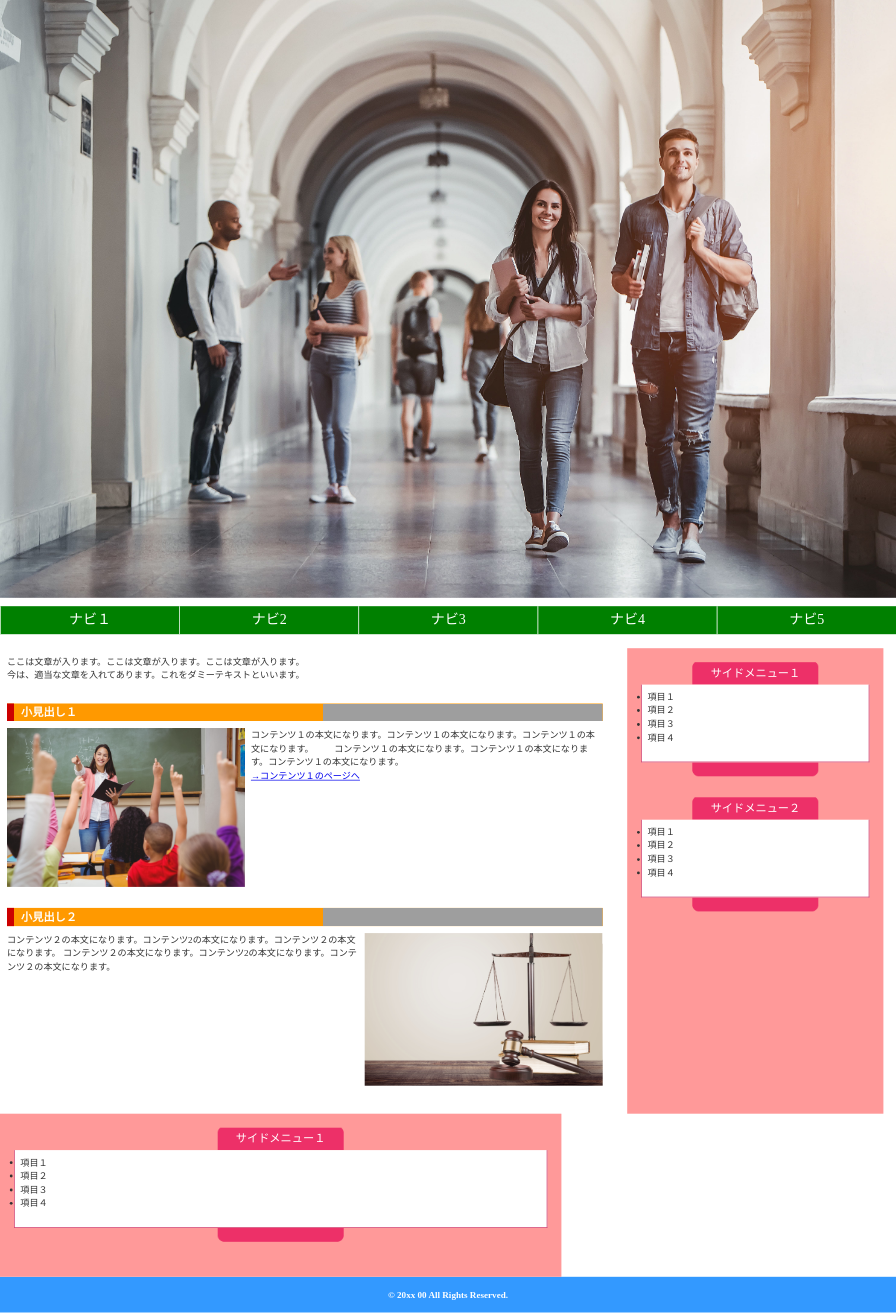
Repository: TakashiYamaguchi2021/samurai_HTML-CSS
Page: home.html
The author's editor kept a record of every edit. The page is drawn from the files as they stood at one moment, then again after the next edit.
The browser window is 1280 px wide. The pictures show the whole page, at 70% of full size.
Pictures or frames that could not be fetched are drawn as grey boxes.

Above is the page before.

### home.html
<!DOCTYPE html>
<html lang="ja">
    <head>
        <meta charset="UTF-8">
        <title>HTML/CSSの学習</title>
        <link rel="stylesheet" href="stylesheet.css">
    </head>
    <body>
        <div id="header">
          <h1><a href="index.html"><img id="corridor" src="images/corridor.jpg" alt="大学の廊下" /></a></h1>
        </div>
        <div id="wrapper">
            <div id="nav">
                <ul>
                    <li><a href="home.html">ナビ１</a></li>
                    <li><a href="#">ナビ2</a></li>
                    <li><a href="#">ナビ3</a></li>
                    <li><a href="#">ナビ4</a></li>
                    <li><a href="#">ナビ5</a></li>
                </ul>
            </div>
                <div id="container">
                    <div id="main">
                        <div class="post">
                            <p>ここは文章が入ります。ここは文章が入ります。ここは文章が入ります。<br />今は、適当な文章を入れてあります。これをダミーテキストといいます。</p>
                        </div>
                        <div class="post clearfix">
                            <h2>小見出し１</h2>
                            <img class="left" src="image/classroom.jpg" alt="授業風景" />
                            <p>
                                コンテンツ１の本文になります。コンテンツ１の本文になります。コンテンツ１の本文になります。
                            　　コンテンツ１の本文になります。コンテンツ１の本文になります。コンテンツ１の本文になります。
                            </p>
                            <p><a href="#">→コンテンツ１のページへ</a></p>
                        </div>
                        <div class="post clearfix">
                            <h2>小見出し２</h2>
                            <img class="right" src="images/scale.jpg" alt="天秤" />
                            <p>
                                コンテンツ２の本文になります。コンテンツ2の本文になります。コンテンツ２の本文になります。
                                コンテンツ２の本文になります。コンテンツ2の本文になります。コンテンツ２の本文になります。
                            </p>
                        </div>
                    </div>
                        <div id="side">
                            <div class="box">
                                <h2>サイドメニュー１</h2>
                                <div class="boxBody">
                                    <ul>
                                        <li>項目１</li>
                                        <li>項目２</li>
                                        <li>項目３</li>
                                        <li>項目４</li>
                                    </ul>
                                </div>
                            </div>
                            <div class="box">
                                <h2>サイドメニュー２</h2>
                                <div class="boxBody">
                                    <ul>
                                        <li>項目１</li>
                                        <li>項目２</li>
                                        <li>項目３</li>
                                        <li>項目４</li>
                                    </ul>
                                </div>
                            </div>
                        </div>
                </<div>
                    <div id="side">
                        <div class="box">
                            <h2>サイドメニュー１</h2>
                            <div class="boxBody">
                                <ul>
                                    <li>項目１</li>
                                    <li>項目２</li>
                                    <li>項目３</li>
                                    <li>項目４</li>
                                </ul>
                            </div>
                        </div>

                    </div>
        </div>
        <div id="footer">
            <p>&copy; 20xx 00 All Rights Reserved.</p>
        </div>
    </body>
</html>

### stylesheet.css
@charset "utf-8";

body{
    margin: 0;
    padding: 0;
    font-family: "ヒラギノ角ゴ Pro W3", "Hiragino kaku Gothic Pro", "メイリオ";
    color: #333;
    font-size: 13px;
    line-height: 150%;
}

/* ----------------- wraper ----------------------*/
#wrapper {
    width: 100%;
    margin: auto;
    padding: 0px;
    border: 0px;
    background-color: #FFF;
    top: 10px;
    position: relative;
}

/* ----------------- header ----------------------*/
#header {
    width: 100%;
}

#header h1 {
    margin: 0;
    padding: 0;
}

#corridor {
    width: 100%;
    height: auto;
}

/* ----------------- footer ----------------------*/
#footer {
    clear: both;
    width: 100%;
    padding: 3px 0 3px 0;
    background: #39F;
    color: #FFF;
    font-weight: bold;
    text-align: center;
}

/* ----------------- nav ----------------------*/
#nav {
    width: 100%;
}
#nav ul {
   display: flex;
    margin: 0;
    padding: 0;
    list-style-type: none;
}
#nav ul li {
    width: 20%;
    text-align: center;
}
#nav ul li a{
       display: block;
       height: 20px;
       margin: 0;
       padding: 10px;
       color: #FFF;
       font-size: 20px;
       text-decoration: none;
       background-color: green;
   border-left: 1px solid white;
}

#nav ul li a:hover {
    filter: drop-shadow(10px 10px 10px black);
}

/*---------------- container --------------------*/
#container {
    width: 100%;
    margin: auto;
    padding: auto;
    padding-top: 20px;
    clear: both;
  display: grid;
  grid-template-columns: 70vw 30vw;
}
/*---------------- main -------------------------*/
#main {
    width: 95%;
    padding: 10px 30px 10px 10px;
}
#main h2 {
    margin: 0 0 10px 0;
    padding: 3px 10px 3px 10px;
    color: #FFF;
    font-size: 16px;
    border-left: solid 10px #C00;
    background: #F90 url(../images/main_h2.jpg) right top repeat-y;
}
#main p {
    margin: 0;
    padding: 0;
}
#main .post {
    margin: 0 0 30px 0;
}
#main .post img.right {
    margin: 0 0 0 8px;
}
#main .post img.left {
    margin: 0 8px 0 0;
}
.right {
    float: right;
    width: 40%;
    height: auto;
}
.left {
    float: left;
    width: 40%;
    height: auto;
}

/*---------------------- clearfix -------------------*/
.clearfix{
    zoom: 1;
}
.clearfix:after{
    content: "";
    display: block;
    clear: both;
}

/*---------------------- side ------------------------*/
#side {
    width: 85%;
    padding: 20px;
    background-color: #F99;
}
#side .box {
    margin: 0 auto 30px auto;
    padding: 0 0 20px 0;
    background: url(images/side_box.png) bottom no-repeat;
}
#side .box h2 {
    margin: 0;
    padding: 8px;
    text-align: center;
    color: #fff;
    font-size: 16px;
    line-height: 16px;
    font-weight: normal;
    background: url(images/side_box_h2.png) center no-repeat;
}
#side .box .boxBody {
    padding: 8px;
    border-right: solid 1px #C36;
    border-bottom: solid 1px #C36;
    border-left: solid 1px #C36;
    background: #fff;
}
#side .box .boxBody ul {
    margin: 0 0 16px 0;
    padding: 0;
}
#side .box .boBody ul li {
    padding: 8px 0 8px 4px;
    list-style: none;
    border-bottom: solid 1px #C36;
}

#side .box .boxBody ul li:hover {
    padding: 8px 0 8px 4px;
    list-style: none;
    border-bottom: solid 1px #C36;
    box-shadow: 0px 4px 4px rgba(0, 0, 0, 0.3);
}
}

After the next edit:
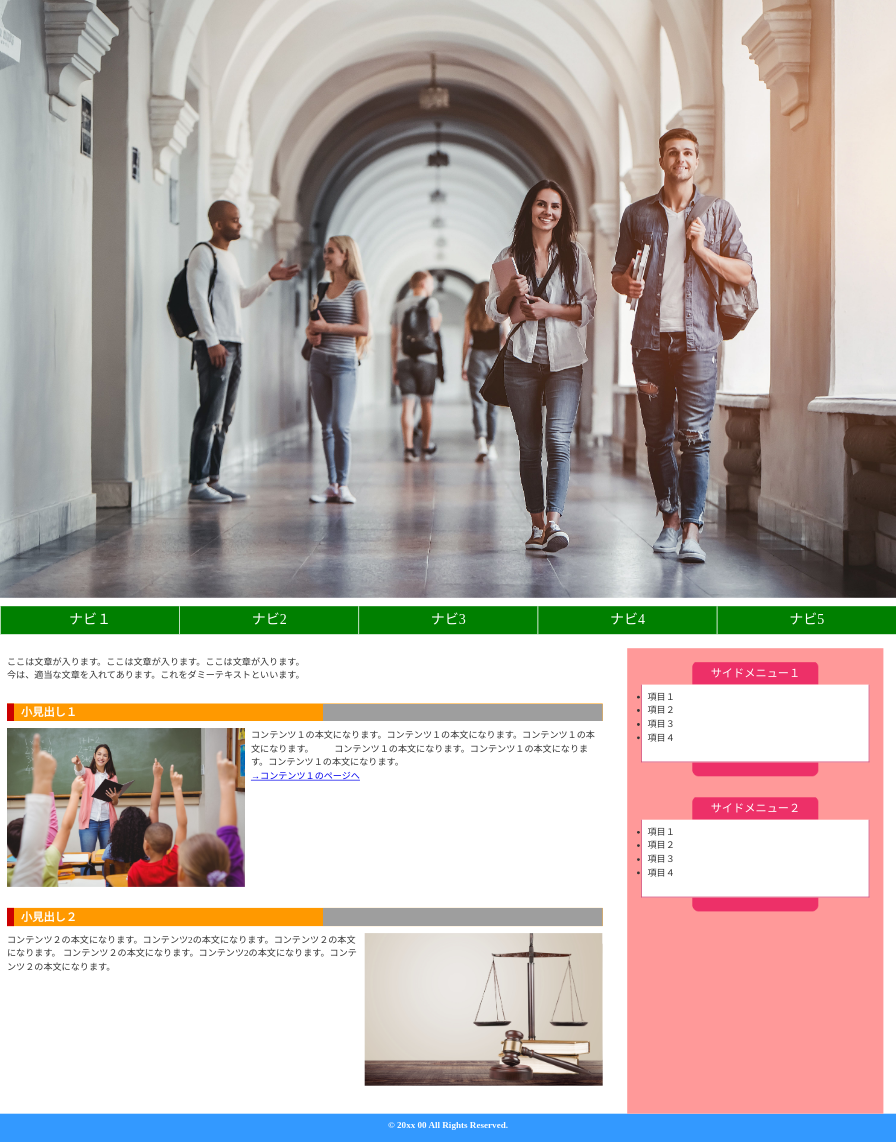
The edit:
--- a/home.html
+++ b/home.html
@@ -66,21 +66,9 @@
                                 </div>
                             </div>
                         </div>
-                </<div>
-                    <div id="side">
-                        <div class="box">
-                            <h2>サイドメニュー１</h2>
-                            <div class="boxBody">
-                                <ul>
-                                    <li>項目１</li>
-                                    <li>項目２</li>
-                                    <li>項目３</li>
-                                    <li>項目４</li>
-                                </ul>
-                            </div>
-                        </div>
+                    </div>
+                </div>
 
-                    </div>
         </div>
         <div id="footer">
             <p>&copy; 20xx 00 All Rights Reserved.</p>
